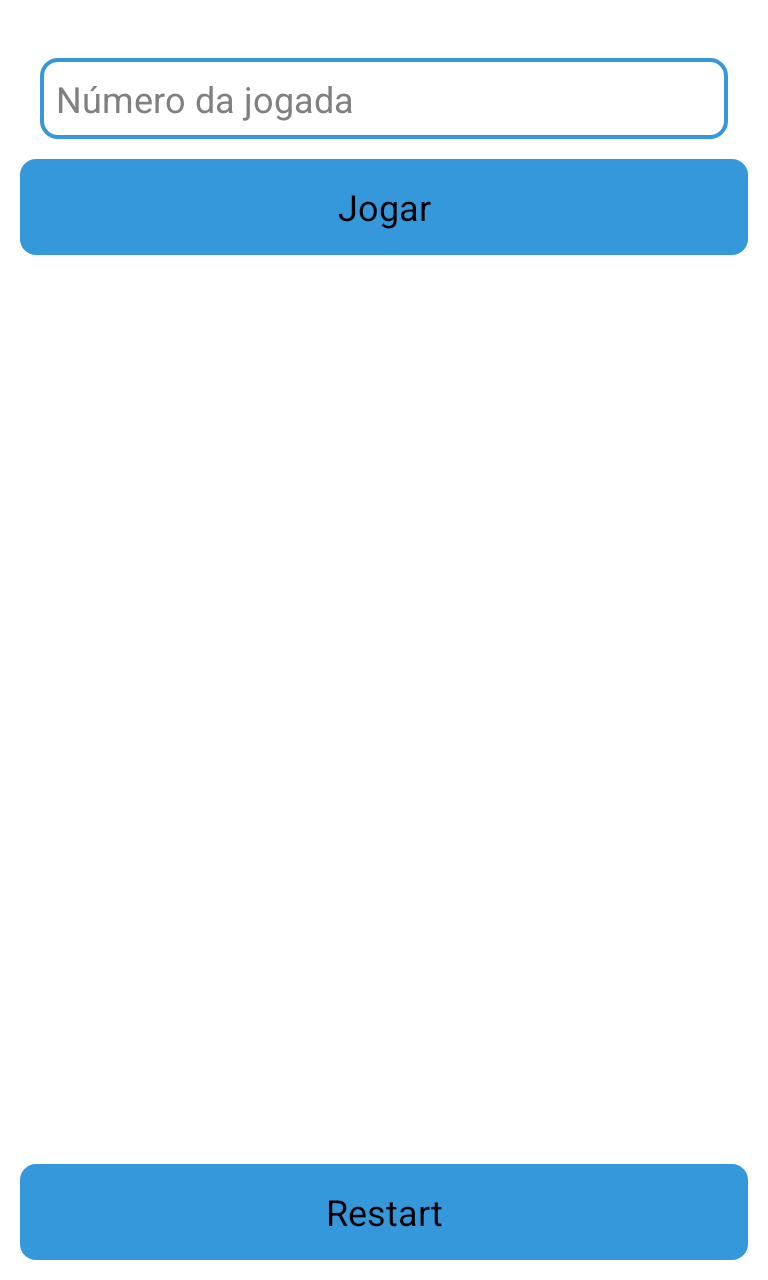
Repository: gokugohan/ddm
Layout: JogoDeAdivinha/res/layout/activity_jogar.xml
These files come from the project's save history. The layout is drawn as it stood at one moment and after the next save; the edit follows.
It is drawn on a 768 x 1280 px phone screen (xhdpi) without system bars, with theme AppTheme; the app's code is not run.

Above is the layout before, as saved 2014-11-12 10:38:14.

After the next save:
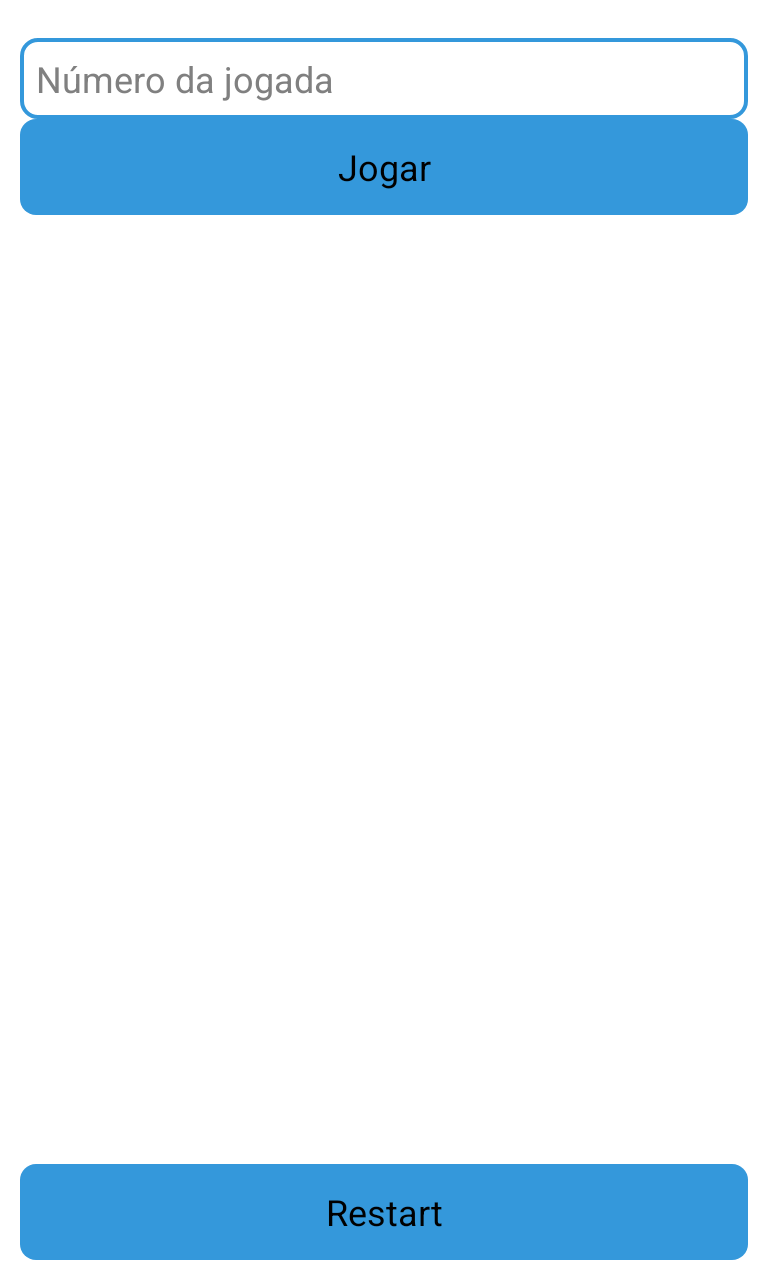
Saved 20 s later.
--- a/JogoDeAdivinha/res/layout/activity_jogar.xml
+++ b/JogoDeAdivinha/res/layout/activity_jogar.xml
@@ -22,7 +22,6 @@
             android:id="@+id/id_et_numero_jogado"
             android:layout_width="match_parent"
             android:layout_height="wrap_content"
-            android:layout_margin="10dp"
             android:inputType="number"
             android:background="@drawable/custom_edittext"
             android:hint="@string/numero_da_jogada" />
